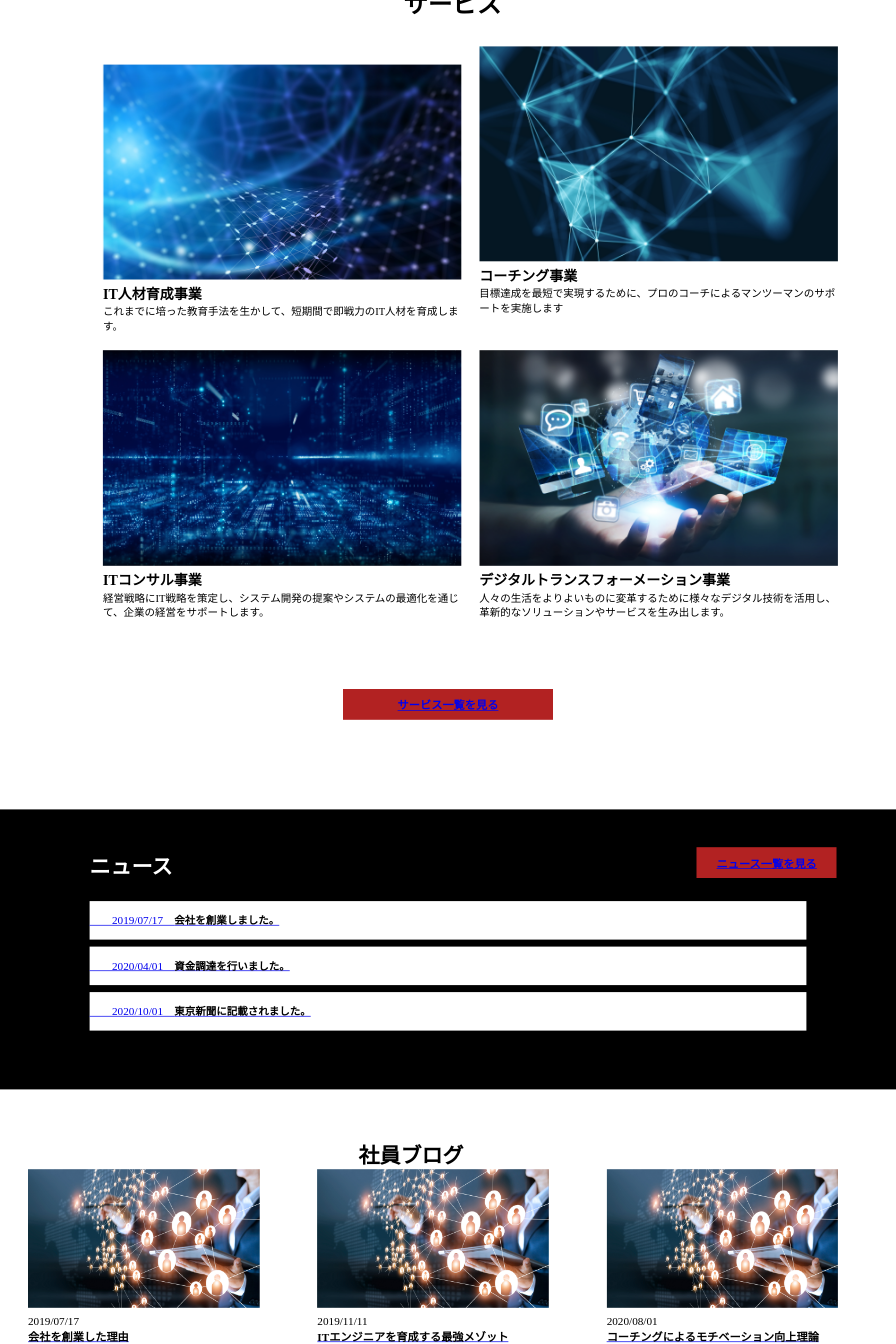
Repository: sigemasaasuka/20211012sigemasa
Page: index.html
An editor plug-in stored every save of this project. The page is shown before and after the next save, followed by the edit.
The browser window is 1280 px wide. The pictures show the part of the page from y = 856 to 2776 px (the page is 2776 px tall before and 2775 px after), at 70% of full size.

Above is the page before, as saved 2021-10-20 16:43:19.

After the next save:
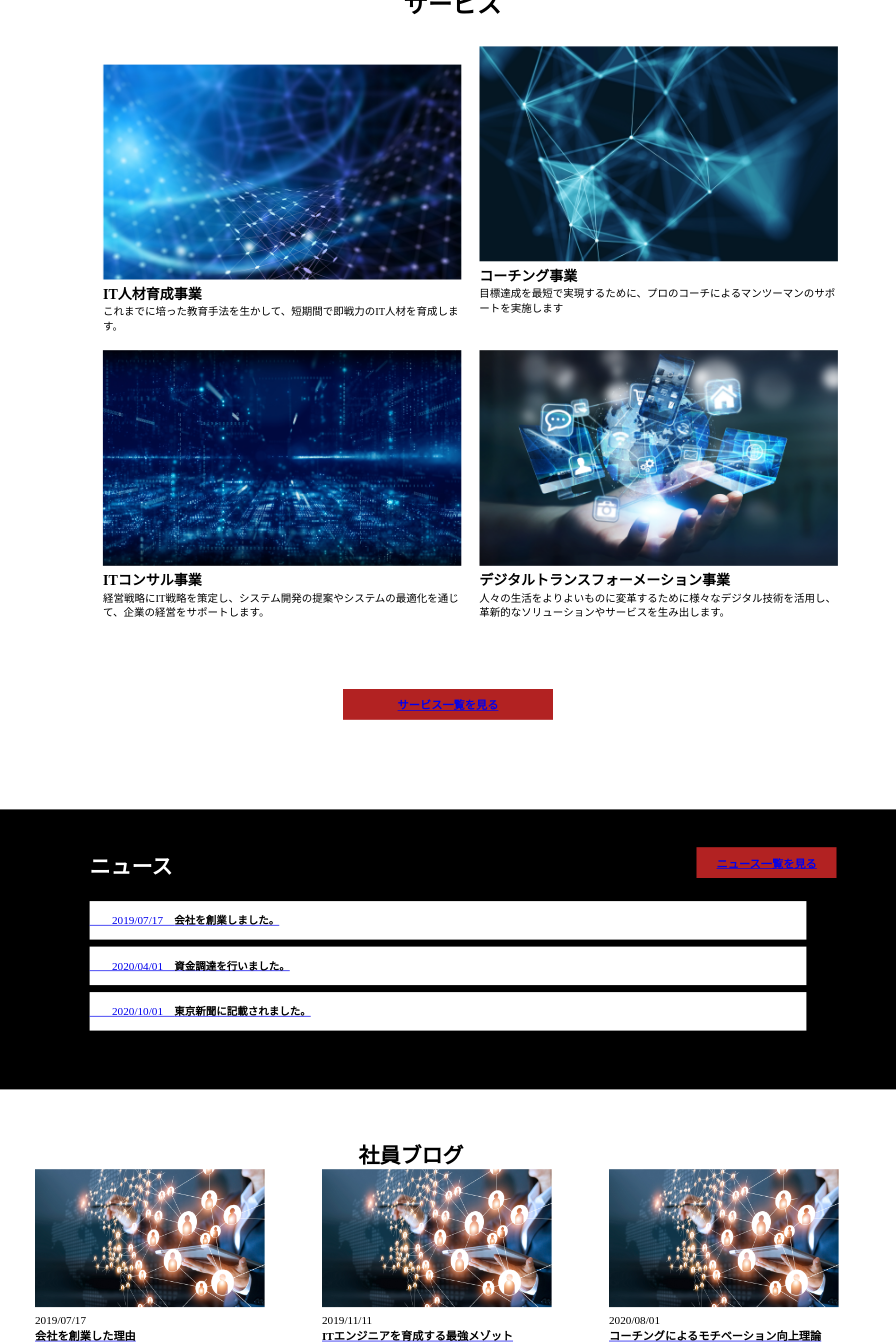
Saved 6 s later.
--- a/css/index.css
+++ b/css/index.css
@@ -271,7 +271,7 @@
   font-weight: bolder;
 }
 .blog-column {
-  margin-left: 40px;
+  margin-left: 50px;
   display: flex;
   justify-content: center;
 }
